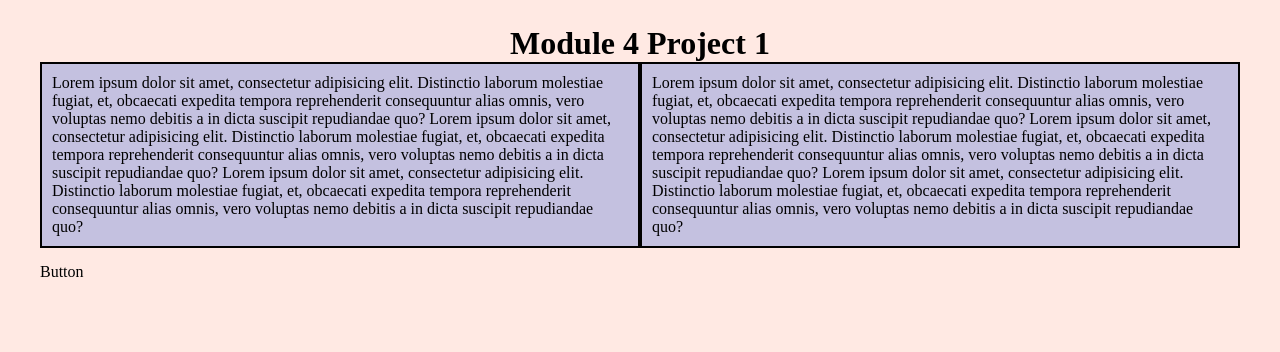
Repository: mlmEFSC21/P6-External-Style-Sheet
Page: index.html
The author's editor kept a copy of each file at every save. The page is drawn from the files as they stood at one save, then again after the next save.
The browser window is 1280 px wide. The pictures show the whole page.

Above is the page before, as saved 2022-02-09 21:06:06.

### index.html
<!DOCTYPE html>
<html lang="en">
    <head>
        <meta charset="UTF-8" />
        <meta http-equiv="X-UA-Compatible" content="IE=edge" />
        <meta name="viewport" content="width=device-width, initial-scale=1.0" />
        <link rel="stylesheet" href="Styles.css" />
        <title>External Style Sheets</title>
    </head>
    <header><h1>Module 4 Project 1</h1></header>
    <body>
        <div class="floatContainer">
            <div>
                <p class="p1">
                    Lorem ipsum dolor sit amet, consectetur adipisicing elit. Distinctio laborum
                    molestiae fugiat, et, obcaecati expedita tempora reprehenderit consequuntur
                    alias omnis, vero voluptas nemo debitis a in dicta suscipit repudiandae quo?
                    Lorem ipsum dolor sit amet, consectetur adipisicing elit. Distinctio laborum
                    molestiae fugiat, et, obcaecati expedita tempora reprehenderit consequuntur
                    alias omnis, vero voluptas nemo debitis a in dicta suscipit repudiandae quo?
                    Lorem ipsum dolor sit amet, consectetur adipisicing elit. Distinctio laborum
                    molestiae fugiat, et, obcaecati expedita tempora reprehenderit consequuntur
                    alias omnis, vero voluptas nemo debitis a in dicta suscipit repudiandae quo?
                </p>
            </div>
            <div>
                <p class="p2">
                    Lorem ipsum dolor sit amet, consectetur adipisicing elit. Distinctio laborum
                    molestiae fugiat, et, obcaecati expedita tempora reprehenderit consequuntur
                    alias omnis, vero voluptas nemo debitis a in dicta suscipit repudiandae quo?
                    Lorem ipsum dolor sit amet, consectetur adipisicing elit. Distinctio laborum
                    molestiae fugiat, et, obcaecati expedita tempora reprehenderit consequuntur
                    alias omnis, vero voluptas nemo debitis a in dicta suscipit repudiandae quo?
                    Lorem ipsum dolor sit amet, consectetur adipisicing elit. Distinctio laborum
                    molestiae fugiat, et, obcaecati expedita tempora reprehenderit consequuntur
                    alias omnis, vero voluptas nemo debitis a in dicta suscipit repudiandae quo?
                </p>
            </div>
        </div>
        <div class="button">Button</div>
    </body>
</html>

### Styles.css
:root {
    /* --clr-font: black; */
    --clr-background: #ffe9e3;
    --clr-buttonBG: #c4c1e0;
    --clr-buttonHover: #7c73e6;
}
*,
*::before,
*::after {
    margin: 0;
    padding: 0;
    box-sizing: border-box;
}
header {
    text-align: center;
}
body {
    background-color: var(--clr-background);
    color: black;
    margin: 10px 25px;
    padding: 15px;
}
p {
    margin-bottom: 15px;
    padding: 10px;
    background-color: var(--clr-buttonBG);
}
.p1 {
    border: 2.5px solid black;
    float: left;
    width: 50%;
}
.p2 {
    border: 2.5px solid black;
    float: right;
    width: 50%;
}
div .button {
    display: flex;
    border: 1px solid black;
    border-radius: 4px;
    padding: 10px;
    width: 125px;
    height: 50px;
    background-color: var(--clr-buttonBG);
    color: var(--clr-button);
    text-align: center;
    vertical-align: middle;
    clear: both;
}
.button:hover {
    background-color: var(--clr-buttonHover);
    color: white;
    cursor: pointer;
}

After the next save:
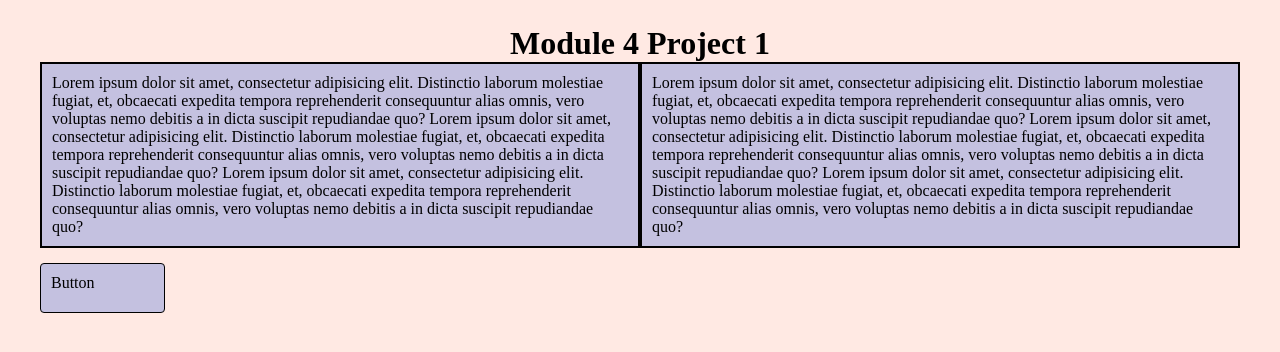
Saved 4 s later.
--- a/Styles.css
+++ b/Styles.css
@@ -35,7 +35,7 @@ p {
     float: right;
     width: 50%;
 }
-div .button {
+.button {
     display: flex;
     border: 1px solid black;
     border-radius: 4px;
